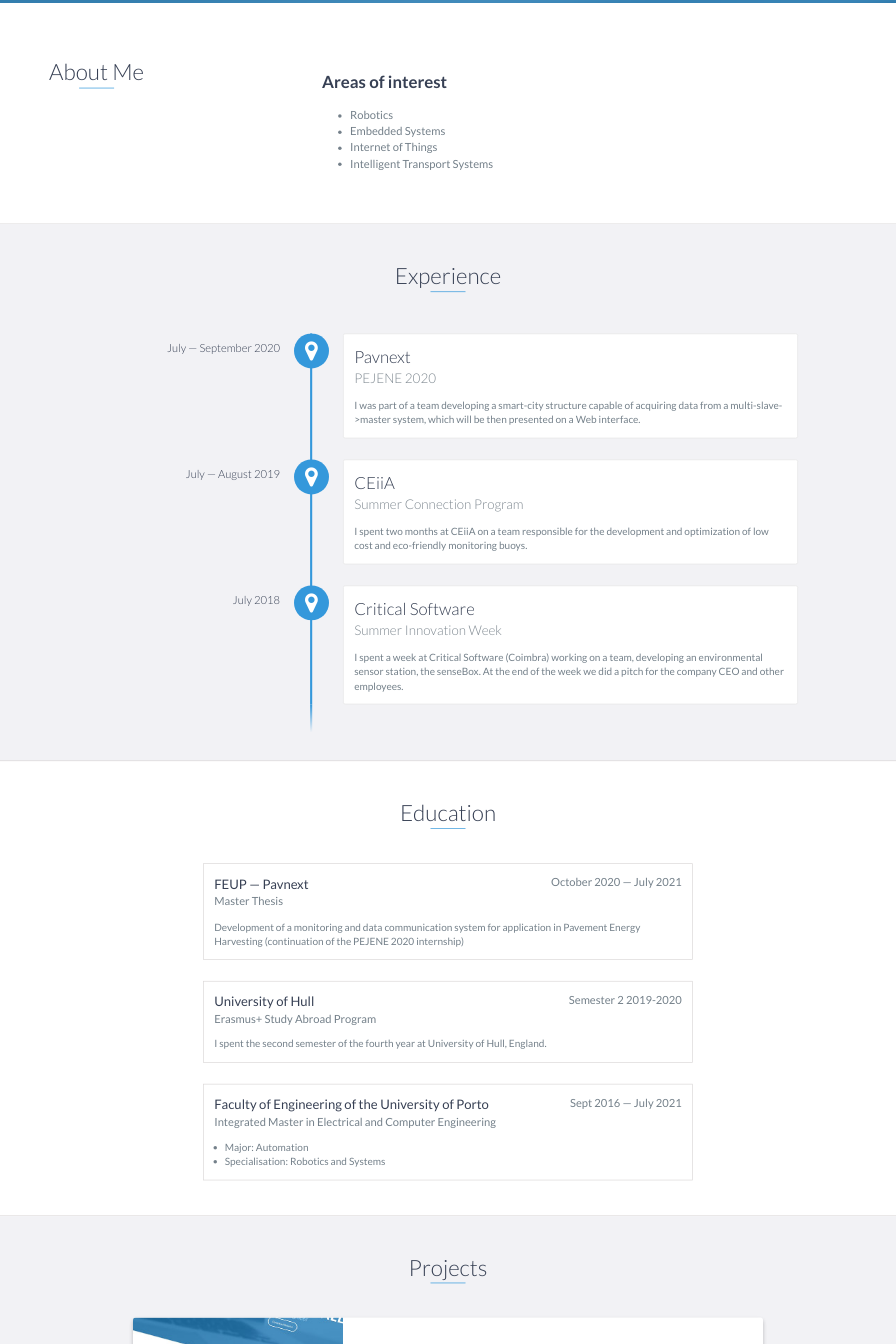
Repository: josegneto/josegneto.github.io
Page: index.html
The author's editor kept a copy of each file at every save. The page is drawn from the files as they stood at one save, then again after the next save.
The browser window is 1280 px wide. The pictures show the part of the page from y = 715 to 2635 px (the page is 4208 px tall before and 4299 px after), at 70% of full size.

Above is the page before, as saved 2021-11-30 11:36:16.

### index.html
<!DOCTYPE html>
<html class="no-js" lang="en">

<head>
    <meta charset="utf-8">
    <meta http-equiv="X-UA-Compatible" content="IE=edge">
    <meta name="viewport" content="width=device-width, initial-scale=1">
    <title>My Portfolio</title>
	<link rel="shortcut icon" href="favicon.ico" type="image/x-icon">
	<link rel="icon" href="favicon.ico" type="image/x-icon">
    <link href="https://fonts.googleapis.com/css?family=Lato:300,400,700,900" rel="stylesheet">
    <link rel="stylesheet" href="libs/font-awesome/css/font-awesome.min.css">
    <link href="css/bootstrap.min.css" rel="stylesheet">
    <link href="css/styles.css" rel="stylesheet">
</head>

<body>
    <div id="mobile-menu-open" class="shadow-large">
        <i class="fa fa-bars" aria-hidden="true"></i>
    </div>
    <!-- End #mobile-menu-toggle -->
    <header>
        <div id="mobile-menu-close">
            <span>Close</span> <i class="fa fa-times" aria-hidden="true"></i>
        </div>
        <ul id="menu" class="shadow">
            <li>
                <a href="#about">About</a>
            </li>
            <li>
                <a href="#experience">Experience</a>
            </li>
            <li>
                <a href="#education">Education</a>
            </li>
            <li>
                <a href="#projects">Projects</a>
            </li>
            <li>
                <a href="#skills">Skills</a>
            </li>
            <li>
                <a href="#contact">Contact</a>
            </li>
        </ul>
    </header>
    <!-- End header -->

    <div id="lead">
        <div id="lead-content">
            <h1>José Neto</h1>
            <h2>Electrical Engineer</h2>
            <a href="extra/CV_JoseNeto.pdf" class="btn-rounded-white" target="_blank">Download Resume</a>
        </div>
        <!-- End #lead-content -->

        <div id="lead-overlay"></div>

        <div id="lead-down">
            <span>
                <i class="fa fa-chevron-down" aria-hidden="true"></i>
            </span>
        </div>
        <!-- End #lead-down -->
    </div>
    <!-- End #lead -->

    <div id="about">
        <div class="container">
            <div class="row">
                <div class="col-md-4">
                    <h2 class="heading">About Me</h2>
                </div>
                <div class="col-md-8">
                    <h2>Areas of interest</h2>
                        <ul>
                        <li>Robotics</li>
                        <li>Embedded Systems</li>
                        <li>Internet of Things</li>
                        <li>Intelligent Transport Systems</li>
                        </ul>
                </div>
            </div>
        </div>
    </div>
    <!-- End #about -->

    <div id="experience" class="background-alt">
        <h2 class="heading">Experience</h2>
        <div id="experience-timeline">
            <div data-date="July &mdash; September 2020">
                <h3>Pavnext</h3>
                <h4>PEJENE 2020</h4>
                <p>
                    I was part of a team developing a smart-city structure capable of acquiring data from a multi-slave->master system, which will be then presented on a Web interface.                </p>
            </div>

            <div data-date="July &mdash; August 2019">
                <h3>CEiiA</h3>
                <h4>Summer Connection Program</h4>
                <p>
                    I spent two months at CEiiA on a team responsible for the development and optimization of low cost and eco-friendly monitoring buoys.                </p>
            </div>

            <div data-date="July 2018">
                <h3>Critical Software</h3>
                <h4>Summer Innovation Week</h4>
                <p>
                    I spent a week at Critical Software (Coimbra) working on a team, developing an environmental sensor station, the senseBox. At the end of the week we did a pitch for the company CEO and other employees.                </p>
            </div>
        </div>
    </div>
    <!-- End #experience -->

    <div id="education">
        <h2 class="heading">Education</h2>
        <div class="education-block">
            <h3>FEUP &mdash; Pavnext</h3>
            <span class="education-date">October 2020 &mdash; July 2021</span>
            <h4>Master Thesis</h4>
            <p>
                Development of a monitoring and data communication system for application in Pavement Energy Harvesting (continuation of the PEJENE 2020 internship)
            </p>
        </div>
        <div class="education-block">
            <h3>University of Hull</h3>
            <span class="education-date">Semester 2 2019-2020</span>
            <h4>Erasmus+ Study Abroad Program</h4>
            <p>
                I spent the second semester of the fourth year at University of Hull,
                England.
            </p>
        </div>
        <div class="education-block">
            <h3>Faculty of Engineering of the University of Porto</h3>
            <span class="education-date">Sept 2016 &mdash; July 2021</span>
            <h4>Integrated Master in Electrical and Computer Engineering</h4>
            <ul>
                <li>
                    Major: Automation
                </li>
                <li>
                    Specialisation: Robotics and Systems
                </li>
            </ul>
        </div>
        <!-- End .education-block -->
    </div>
    <!-- End #education -->

    <div id="projects" class="background-alt">
        <h2 class="heading">Projects</h2>
        <div class="container">
            <div class="row">
                <div class="project shadow-large">
                    <div class="project-image">
                        <img src="images/project.jpg" />
                    </div>
                    <!-- End .project-image -->
                    <div class="project-info">
                        <h3>Project Name Here</h3>
                        <p>
                            Lorem ipsum dolor sit amet, consectetur adipiscing elit. Curabitur in iaculis ex. Etiam volutpat laoreet urna. Morbi ut tortor nec nulla commodo malesuada sit amet vel lacus. Fusce eget efficitur libero. Morbi dapibus porta quam laoreet placerat.
                        </p>
                        <a href="#">View Project</a>
                    </div>
                    <!-- End .project-info -->
                </div>
                <!-- End .project -->

                <div class="project shadow-large">
                    <div class="project-image">
                        <img src="images/project.jpg" />
                    </div>
                    <!-- End .project-image -->
                    <div class="project-info">
                        <h3>Project Name Here</h3>
                        <p>
                            Lorem ipsum dolor sit amet, consectetur adipiscing elit. Curabitur in iaculis ex. Etiam volutpat laoreet urna. Morbi ut tortor nec nulla commodo malesuada sit amet vel lacus. Fusce eget efficitur libero. Morbi dapibus porta quam laoreet placerat.
                        </p>
                        <a href="#">View Project</a>
                    </div>
                    <!-- End .project-info -->
                </div>
                <!-- End .project -->
            </div>
        </div>
    </div>
    <!-- End #projects -->

    <div id="skills">
        <h2 class="heading">Skills</h2>
        <ul>
            <li>JavaScript</li>
            <li>Python</li>
            <li>Ruby</li>
            <li>Go</li>
            <li>Node.js</li>
            <li>AngularJs</li>
            <li>React</li>
            <li>Elixir</li>
            <li>Java</li>
            <li>C</li>
            <li>C#</li>
            <li>C++</li>
            <li>Ruby on Rails</li>
            <li>JavaScript</li>
            <li>Python</li>
            <li>Ruby</li>
            <li>Go</li>
            <li>Node.js</li>
            <li>AngularJs</li>
            <li>React</li>
            <li>Elixir</li>
            <li>Java</li>
            <li>C</li>
            <li>C#</li>
            <li>C++</li>
            <li>Ruby on Rails</li>
        </ul>
    </div>
    <!-- End #skills -->

    <div id="contact">
        <h2>Get in Touch</h2>
        <div id="contact-form">
            <form method="POST" action="https://formspree.io/email@email.com">
                <input type="hidden" name="_subject" value="Contact request from personal website" />
                <input type="email" name="_replyto" placeholder="Your email" required>
                <textarea name="message" placeholder="Your message" required></textarea>
                <button type="submit">Send</button>
            </form>
        </div>
        <!-- End #contact-form -->
    </div>
    <!-- End #contact -->

    <footer>
        <div class="container">
            <div class="row">
                <div class="col-sm-5 copyright">
                    <p>
                        Copyright &copy; 2020 YOUR NAME
                    </p>
                </div>
                <div class="col-sm-2 top">
                    <span id="to-top">
                        <i class="fa fa-chevron-up" aria-hidden="true"></i>
                    </span>
                </div>
                <div class="col-sm-5 social">
                    <ul>
                        <li>
                            <a href="https://github.com/" target="_blank"><i class="fa fa-github" aria-hidden="true"></i></a>
                        </li>
                        <li>
                            <a href="https://stackoverflow.com/" target="_blank"><i class="fa fa-stack-overflow" aria-hidden="true"></i></a>
                        </li>
                        <li>
                            <a href="https://linkedin.com/" target="_blank"><i class="fa fa-linkedin" aria-hidden="true"></i></a>
                        </li>
                        <li>
                            <a href="https://www.facebook.com/" target="_blank"><i class="fa fa-facebook" aria-hidden="true"></i></a>
                        </li>
                        <li>
                            <a href="https://twitter.com/" target="_blank"><i class="fa fa-twitter" aria-hidden="true"></i></a>
                        </li>
                        <li>
                            <a href="https://plus.google.com/" target="_blank"><i class="fa fa-google-plus" aria-hidden="true"></i></a>
                        </li>
                    </ul>
                </div>
            </div>
        </div>
    </footer>
    <!-- End footer -->

    <script src="https://ajax.googleapis.com/ajax/libs/jquery/1.12.4/jquery.min.js"></script>
    <script src="js/scripts.min.js"></script>
</body>

</html>

Loaded but not shown: libs/font-awesome/css/font-awesome.min.css (library); css/bootstrap.min.css (library); js/scripts.min.js (common file); css/styles.css (847 lines, source omitted)

After the next save:
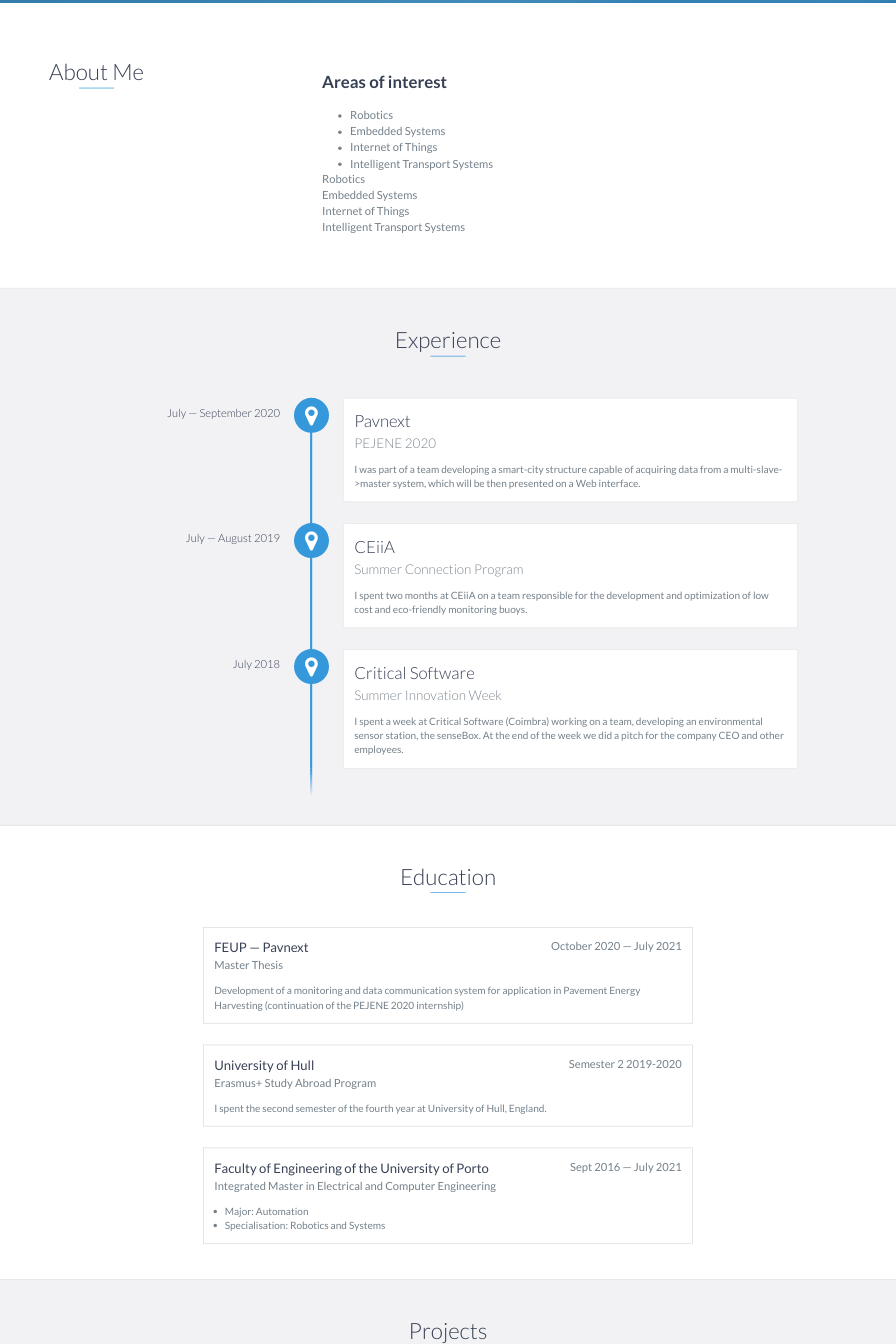
Saved 32 s later.
--- a/index.html
+++ b/index.html
@@ -79,6 +79,10 @@
                         <li>Internet of Things</li>
                         <li>Intelligent Transport Systems</li>
                         </ul>
+                        <p>Robotics</p>
+                        <p>Embedded Systems</p>
+                        <p>Internet of Things</p>
+                        <p>Intelligent Transport Systems</p>
                 </div>
             </div>
         </div>

After the 2 saves that followed:
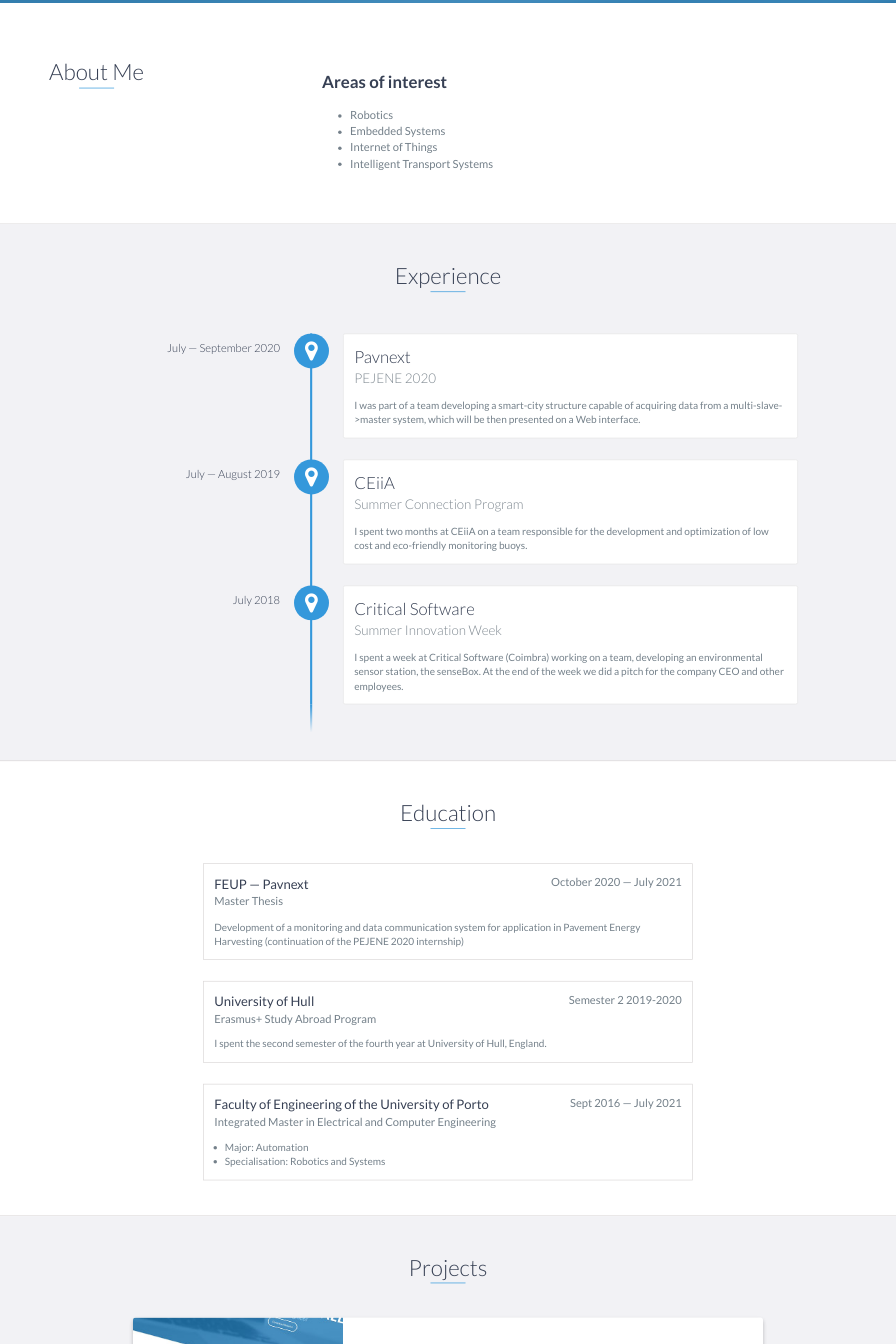
The 2 saves are shown as one change because they came seconds apart.
The last was saved 12 s later.
--- a/index.html
+++ b/index.html
@@ -74,15 +74,11 @@
                 <div class="col-md-8">
                     <h2>Areas of interest</h2>
                         <ul>
-                        <li>Robotics</li>
-                        <li>Embedded Systems</li>
-                        <li>Internet of Things</li>
-                        <li>Intelligent Transport Systems</li>
+                            <li>Robotics</li>
+                            <li>Embedded Systems</li>
+                            <li>Internet of Things</li>
+                            <li>Intelligent Transport Systems</li>
                         </ul>
-                        <p>Robotics</p>
-                        <p>Embedded Systems</p>
-                        <p>Internet of Things</p>
-                        <p>Intelligent Transport Systems</p>
                 </div>
             </div>
         </div>
